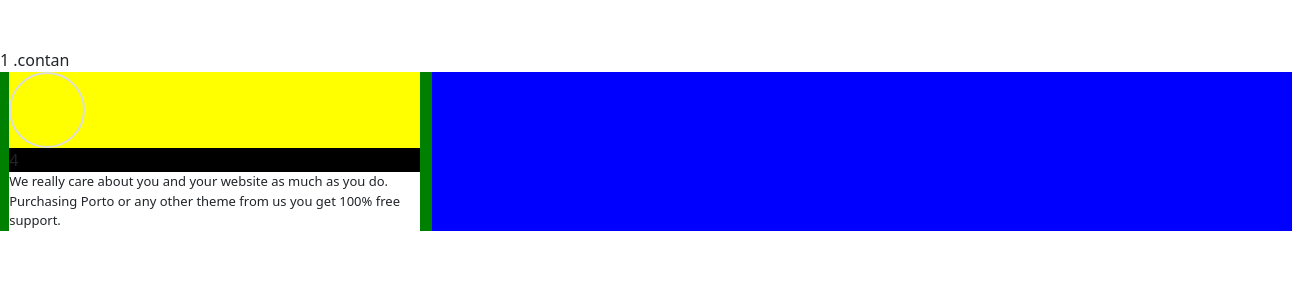
Repository: NguyenDo13/BE2-NhomH
Page: module-9/index/index.html
These files come from the project's save history. The page is drawn as it stood at one moment and after a run of saves; the edit follows.
The browser window is 1280 px wide. The page is 1292 px wide, then 1280 px, so the pictures cover 1292 px, including what lies to the right of the window. The pictures show the whole page.

Above is the page before, as saved 2022-05-15 11:16:16.

After the next 2 saves:
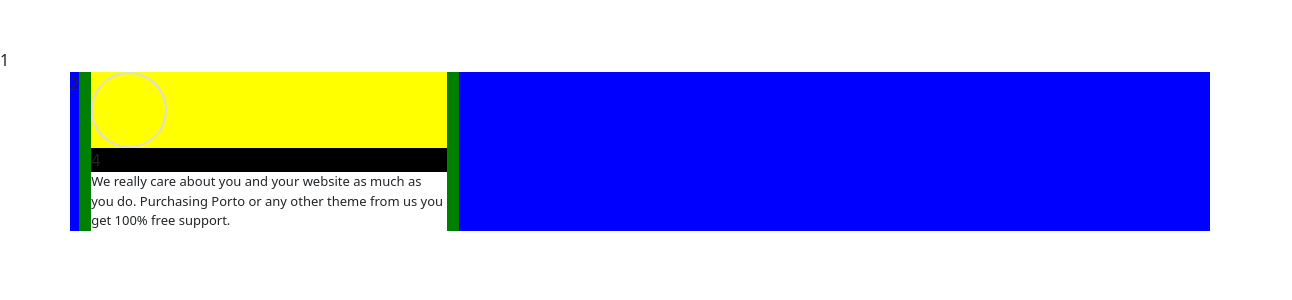
The 2 saves are shown as one change because they came seconds apart.
The last was saved 8 s later.
--- a/module-9/index/index.html
+++ b/module-9/index/index.html
@@ -13,24 +13,25 @@
 
 <body>
     <div class="pt-5 pb-4">
-        <!-- chia hàng -->1 .contan
-        <div class="row">
-            <!-- chia cột -->2
-            <div class="vc_column_container col-md-4">
-                <div class="portoContainer">
-                    <div class="portoTop">
-                        <div class="portoTopicon">
-                            <i class="Simple-Line-Icons-action-undo"> </i>
+        <!-- chia hàng -->1
+        <div class="container">
+            <div class="row">
+                <!-- chia cột -->2
+                <div class="vc_column_container col-md-4">
+                    <div class="portoContainer">
+                        <div class="portoTop">
+                            <div class="portoTopicon">
+                                <i class="Simple-Line-Icons-action-undo"> </i>
+                            </div>
                         </div>
-                    </div>
-                    <div class="portoheader">4</div>
-                    <div class="portodescription" style="font-size: 13px">
-                        We really care about you and your website as much as you do. Purchasing Porto or any other theme from us you get 100% free support.
+                        <div class="portoheader">4</div>
+                        <div class="portodescription" style="font-size: 13px">
+                            We really care about you and your website as much as you do. Purchasing Porto or any other theme from us you get 100% free support.
+                        </div>
                     </div>
                 </div>
             </div>
         </div>
-    </div>
 </body>
 
 </html>
